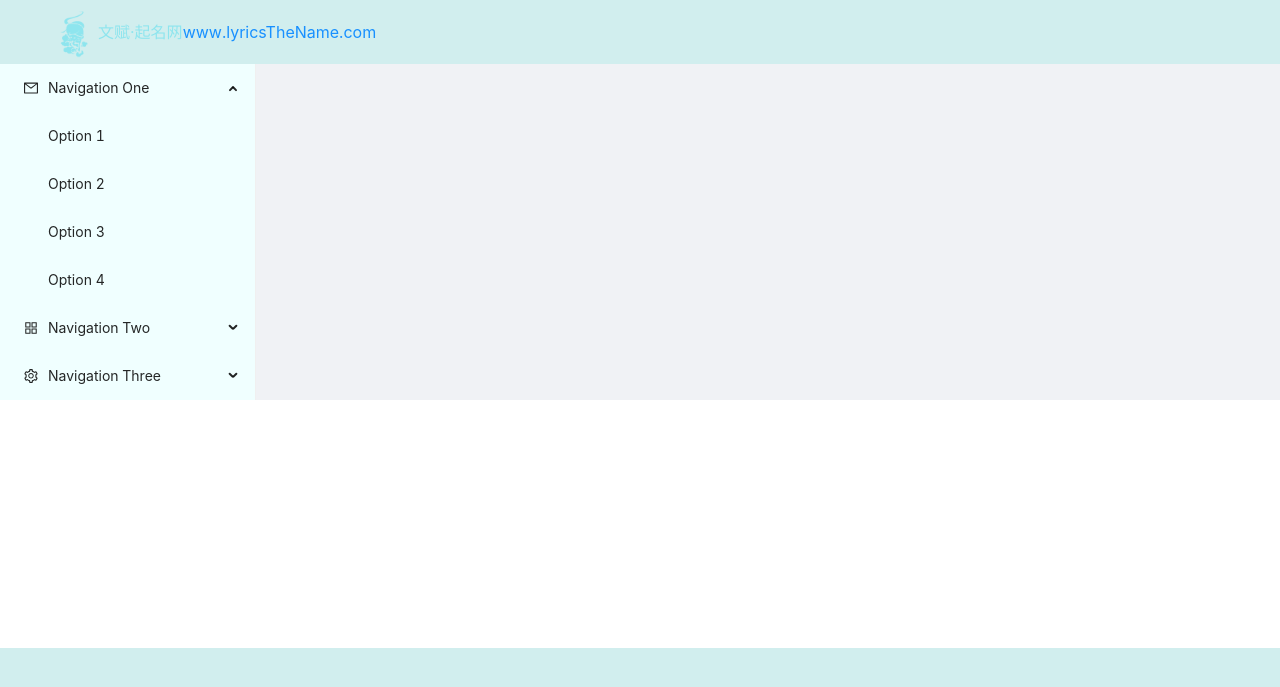
Repository: fangxueliang/react-redux-
Page: /
These files come from the project's save history. The page is drawn as it stood at one moment and after the next save; the edit follows.
The browser window is 1280 px wide. The pictures show the whole page.
The project was rebuilt for these pictures with package versions that can differ from the ones it lists, and the page was loaded fresh each time.

Above is the page before, as saved 2020-12-30 10:03:46.

### public/index.html
<!DOCTYPE html>
<html lang="en">
  <head>
    <meta charset="utf-8" />
    <meta name="theme-color" content="#000000" />
    <meta name="description" content="Web site created using create-react-app" />
    <title>React App</title>
  </head>
  <body>
    <div id="root"></div>
  </body>
</html>

### src/index.js
// 主入口文件
//主入口
import React from 'react';//引入react
import ReactDOM from 'react-dom';
import { Main } from './Pages';//引入Main文件

import 'antd/dist/antd.css'//antd样式
import './Common/CSS/layout.css'//布局样式
import './Common/CSS/common.css'

ReactDOM.render(
  <div style={{ width: '100%', height: '100%' }} className="main">
    <Main />
  </div>,
  document.getElementById('root')
);

### src/Pages/index.js
import React from 'react';
import { Layout } from 'antd'
import { MenuSider } from "./Menu/menu";
import { HeaderCommon } from "./Header/header";

const { Header, Footer, Content, Sider } = Layout
export const Main = () => {
    return (
        <Layout>
            <div className="Home_layout">
                {/* 头部header */}
                <Header> <HeaderCommon /> </Header>
                <Layout>
                    {/* 左侧导航Sider */}
                    <Sider>
                        <MenuSider />
                    </Sider>
                    {/* 主要内容Content */}
                    <Content>  </Content>
                </Layout>
                {/* 底部footer */}
                <Footer>  </Footer>
            </div>
        </Layout>
    );
}

### src/Common/CSS/layout.css
/* 布局样式  */
.Home_layout .ant-layout-header {
    background: #D1EEEE;
    height: 10%;
}

.Home_layout .ant-layout-footer {
    position: fixed;
    bottom: 0;
    width: 100%;
    background: #D1EEEE;
    height: 10%;
}

.Home_layout .ant-layout-content {
    background: #FCFCFC;
    height: 80%;
}

.Home_layout .ant-layout-sider .ant-menu {
    height: 100%;
    background: #F0FFFF;
}

### src/Common/CSS/common.css
/* 公共样式 */
.main {
    font-size: 16px;
}

### src/Pages/Menu/menu.js
// 左侧菜单
import React, { useState } from 'react';
import { Menu } from 'antd';
import { AppstoreOutlined, MailOutlined, SettingOutlined } from '@ant-design/icons';

const { SubMenu } = Menu;
const rootSubmenuKeys = ['sub1', 'sub2', 'sub4'];
export const MenuSider = () => {
    const [openKeys, setOpenKeys] = useState(['sub1']);
    const onOpenChange = keys => {
        const latestOpenKey = keys.find(key => openKeys.indexOf(key) === -1);
        if (rootSubmenuKeys.indexOf(latestOpenKey) === -1) {
            setOpenKeys(keys);
        } else {
            setOpenKeys(latestOpenKey ? [latestOpenKey] : []);
        }
    };
    return (
        <Menu mode="inline" openKeys={openKeys} onOpenChange={onOpenChange} style={{ width: 256 }}>
            <SubMenu key="sub1" icon={<MailOutlined />} title="Navigation One">
                <Menu.Item key="1">Option 1</Menu.Item>
                <Menu.Item key="2">Option 2</Menu.Item>
                <Menu.Item key="3">Option 3</Menu.Item>
                <Menu.Item key="4">Option 4</Menu.Item>
            </SubMenu>
            <SubMenu key="sub2" icon={<AppstoreOutlined />} title="Navigation Two">
                <Menu.Item key="5">Option 5</Menu.Item>
                <Menu.Item key="6">Option 6</Menu.Item>
                <SubMenu key="sub3" title="Submenu">
                    <Menu.Item key="7">Option 7</Menu.Item>
                    <Menu.Item key="8">Option 8</Menu.Item>
                </SubMenu>
            </SubMenu>
            <SubMenu key="sub4" icon={<SettingOutlined />} title="Navigation Three">
                <Menu.Item key="9">Option 9</Menu.Item>
                <Menu.Item key="10">Option 10</Menu.Item>
                <Menu.Item key="11">Option 11</Menu.Item>
                <Menu.Item key="12">Option 12</Menu.Item>
            </SubMenu>
        </Menu>
    )
}

### src/Pages/Header/header.js
// 头部
import React from 'react';
import logo from "../../Asset/img/logo.png";
import './header.css'

export const HeaderCommon = () => {
    return (
        <div className="header">
            <div className="header_item">
                <img src={logo} className="logo" alt="蓝龙" />
                <span className="logo_title">文赋·起名网</span>
                <a className="logo_URL">www.lyricsTheName.com</a>
            </div>
            <div className="header_item"></div>
            <div className="header_item"></div>
        </div>
    )
}

### src/Pages/Header/header.css
.header {
    display: flex;
    width: 100%;
    height: 100%;
    justify-content: space-between;
}

.header .header_item {
    display: inline-block;
}

.header .header_item .logo {
    width: 48px;
    height: 48px;
}

.header .logo_title {
    color: #8ee5ee
}

.header .logo_URL {}

After the next save:
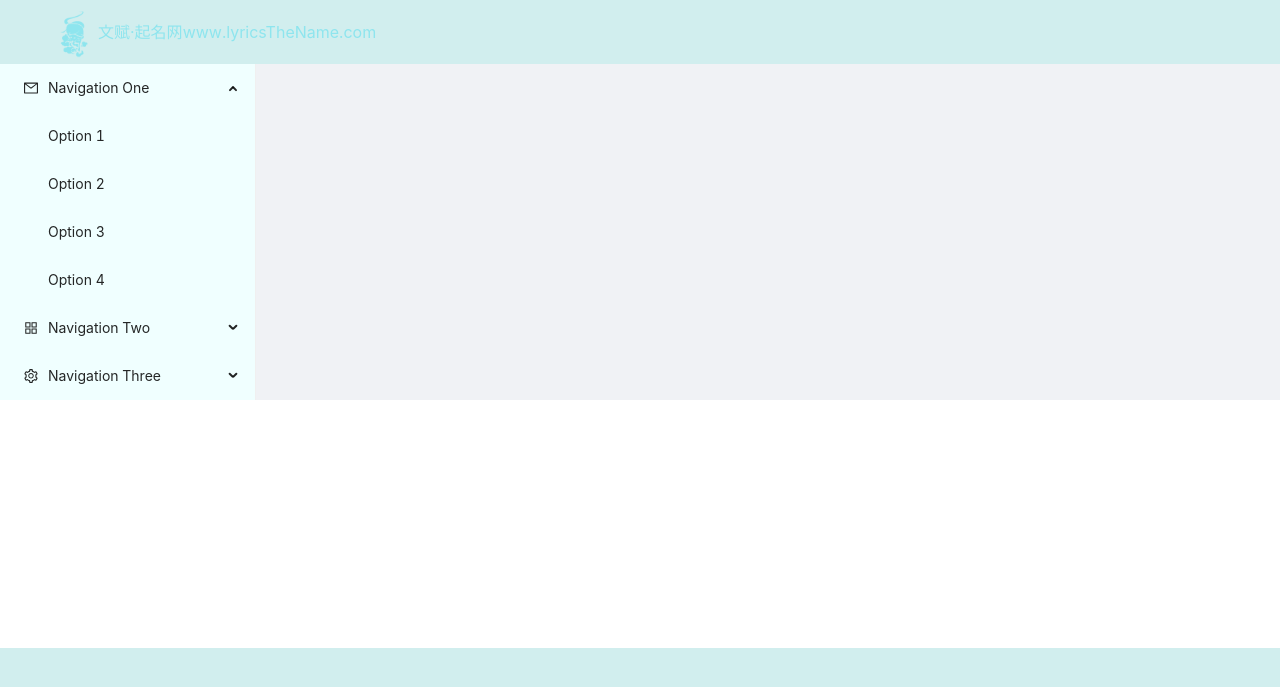
Saved 4 s later.
--- a/src/Pages/Header/header.css
+++ b/src/Pages/Header/header.css
@@ -18,4 +18,6 @@
     color: #8ee5ee
 }
 
-.header .logo_URL {}
+.header .logo_URL {
+    color: #8ee5ee
+}
